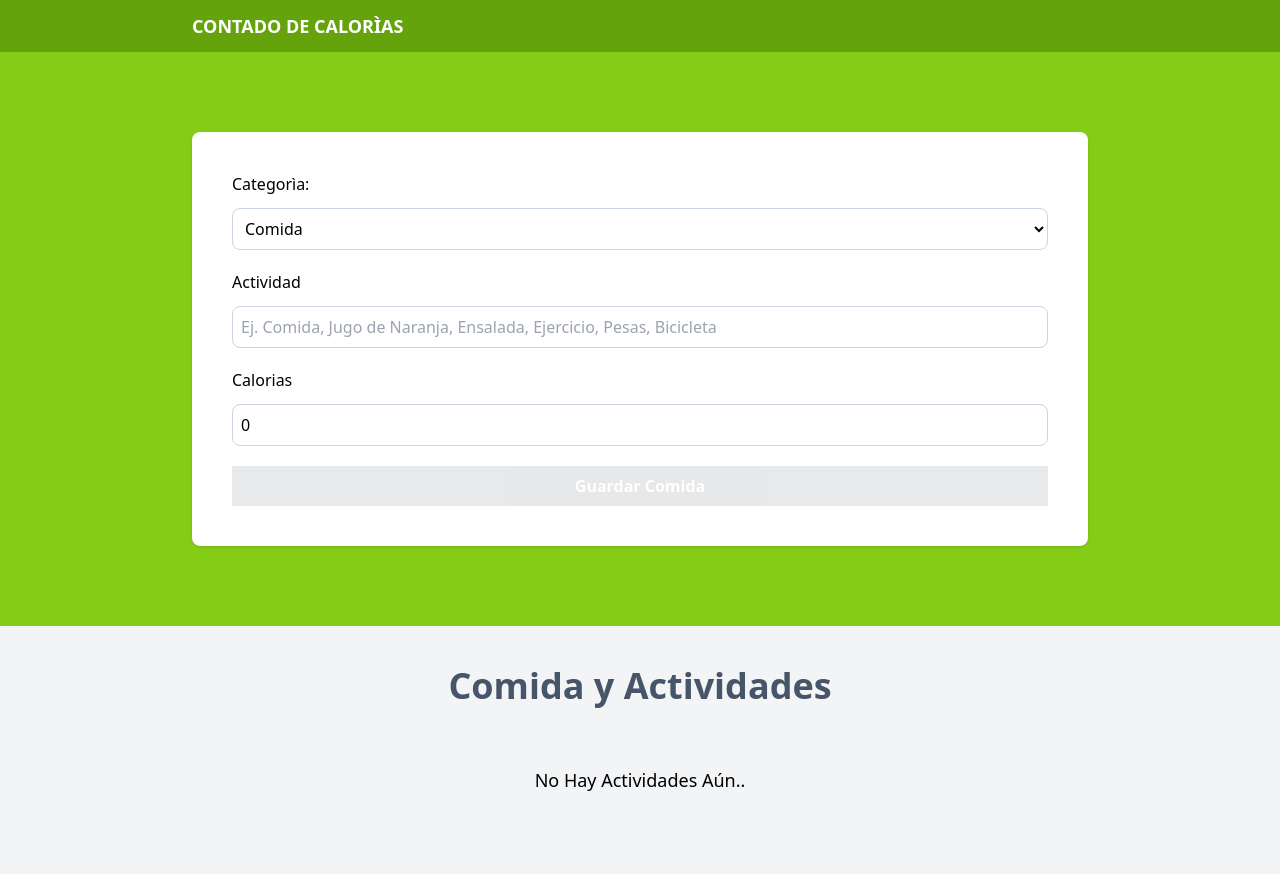
Repository: Matiiu/calorie-tracker
Page: /
An editor plug-in stored every save of this project. The page is shown before and after the next save, followed by the edit.
The browser window is 1280 px wide. The pictures show the whole page.
The project was rebuilt for these pictures with package versions that can differ from the ones it lists, and the page was loaded fresh each time. Also part of the build but not shown: vite.config.ts.

Above is the page before, as saved 2024-04-01 17:57:08.

### index.html
<!doctype html>
<html lang="en">
  <head>
    <meta charset="UTF-8" />
    <link rel="icon" type="image/svg+xml" href="/vite.svg" />
    <meta name="viewport" content="width=device-width, initial-scale=1.0" />
    <title>Contador de Calorías - React</title>
  </head>
  <body>
    <div id="root"></div>
    <script type="module" src="/src/main.tsx"></script>
  </body>
</html>

### src/App.tsx
import { useReducer } from "react";

import Header from "./components/Header";
import Form from "./components/Form";
import ActivityList from "./components/ActivityList";

import { activityReducer, initialState } from "./reducers/activityReducer";
export default function App() {
  const [state, dispatch] = useReducer(activityReducer, initialState);

  return (
    <>
      <Header />

      <section className="bg-lime-500 py-20 px-5">
        <div className="max-w-4xl mx-auto">
          <Form
            dispatch={dispatch}
            state={state}
          />
        </div>
      </section>

      <section className="py-10 bg-gray-100">
        <div className="mx-auto max-w-4xl">
          <ActivityList
            activities={state.activities}
            dispatch={dispatch}
          />
        </div>
      </section>
    </>
  );
}

### src/components/Header.tsx
export default function Header() {
  return (
    <header className="bg-lime-600 py-3">
      <div className="max-w-4xl mx-auto flex justify-between">
        <h1 className="text-center text-lg font-bold text-white uppercase">
          Contado de Calorìas
        </h1>
      </div>
    </header>
  );
}

### src/components/Form.tsx
import { useState, ChangeEvent, FormEvent, Dispatch, useEffect } from "react";
import { v4 as uuid } from "uuid";

import { categories } from "../data/categories";
import type { Activity, Category } from "../types";
import { ActivityActions, ActivityState } from "../reducers/activityReducer";

type FormProps = {
  dispatch: Dispatch<ActivityActions>;
  state: ActivityState;
};

export default function Form({ dispatch, state }: FormProps) {
  const initialState: Activity = {
    id: uuid(),
    category: 1,
    activityName: "",
    calories: 0,
  };

  // Convertimos las calorías en un objeto donde el id en la llave y el nombre el valor
  const categoriesObject = categories.reduce(
    (accumulator: Record<Category["id"], Category["name"]>, current) => {
      accumulator[current.id] = current.name;
      return accumulator;
    },
    {}
  );

  const [activity, setActivity] = useState<Activity>({ ...initialState });

  useEffect(() => {
    if (state.activeId) {
      const selectActivities: Activity = state.activities.filter(
        stateActivity => stateActivity.id === state.activeId
      )[0];
      setActivity(selectActivities);
    }
  }, [state.activeId]);

  const handleChange = (
    e: ChangeEvent<HTMLInputElement | HTMLSelectElement>
  ) => {
    // Validamos si es un campo numérico
    const isNumberFiled = ["category", "calories"].includes(e.target.id);
    // Si lo es convertimos el dato a numérico
    setActivity({
      ...activity,
      [e.target.id]: isNumberFiled ? +e.target.value : e.target.value,
    });
  };

  const isValidateActivity = () => {
    const { activityName, calories } = activity;
    // Validamos que el campo actividad y calorías estén diligenciados
    return !!(activityName || "").trim() && calories > 0;
  };

  const nameSubmit = () => {
    // Accedemos a la posición llave de nuestro objeto categoriesObject con el valor de activity.category y retornamos el valor
    return `Guardar ${categoriesObject[activity.category]}`;
  };

  const handleSubmit = (e: FormEvent<HTMLFormElement>) => {
    e.preventDefault();
    dispatch({
      type: "save-activity",
      payload: { newActivity: activity },
    });
    // Limpiar el formulario una vez enviado
    setActivity({ ...initialState });
  };

  return (
    <form
      onSubmit={handleSubmit}
      className="space-y-5 bg-white shadow p-10 rounded-lg"
    >
      <div className="grid grid-cols-1 gap-3">
        <label htmlFor="category">Categorìa:</label>
        <select
          name="category"
          id="category"
          className="border border-slate-300 p-2 rounded-lg w-full bg-white"
          value={activity.category}
          onChange={handleChange}
        >
          {categories.map((category) => (
            <option key={category.id} value={category.id}>
              {category.name}
            </option>
          ))}
        </select>
      </div>

      <div className="grid grid-cols-1 gap-3">
        <label htmlFor="activityName">Actividad</label>
        <input
          id="activityName"
          name="activityName"
          type="text"
          className="border border-slate-300 p-2 rounded-lg"
          placeholder="Ej. Comida, Jugo de Naranja, Ensalada, Ejercicio, Pesas, Bicicleta"
          value={activity.activityName}
          onChange={handleChange}
        />
      </div>

      <div className="grid grid-cols-1 gap-3">
        <label htmlFor="calories">Calorias</label>
        <input
          id="calories"
          name="calories"
          type="number"
          className="border border-slate-300 p-2 rounded-lg"
          placeholder="Ej. 300 o 500"
          min={0}
          value={activity.calories}
          onChange={handleChange}
        />
      </div>

      <input
        type="submit"
        className="bg-gray-800 hover:bg-gray-900 w-full p-2 font-bold text-white cursor-pointer disabled:opacity-10 disabled:cursor-auto"
        value={nameSubmit()}
        disabled={!isValidateActivity()}
      />
    </form>
  );
}

### src/components/ActivityList.tsx
import { Dispatch, useMemo } from "react";

import { PencilSquareIcon, XCircleIcon } from "@heroicons/react/24/outline";

import type { Activity, Category } from "../types";
import { categories } from "../data/categories";
import { ActivityActions } from "../reducers/activityReducer";

type ActivityListprops = {
  activities: Activity[];
  dispatch: Dispatch<ActivityActions>;
};

export default function ActivityList({
  activities,
  dispatch,
}: ActivityListprops) {
  // Convertimos las calorías en un objeto donde el id en la llave y el nombre el valor
  const categoriesObject = categories.reduce(
    (accumulator: Record<Category["id"], Category["name"]>, current) => {
      accumulator[current.id] = current.name;
      return accumulator;
    },
    {}
  );

  const activitiesAreEmpty = useMemo(() =>  !activities.length ,[activities]);

  const categoryName = (id: Category["id"]) => {
    // Accedemos a la posición llave de nuestro objeto categoriesObject con el valor de activity.category y retornamos el valor
    return categoriesObject[id];
  };

  const handleRemove = (id: Activity["id"]) => {
    const cancelConfirmation = window.confirm(
      "¿Estás seguro de que deseas eliminar la actividad?"
    );

    if (cancelConfirmation) {
      dispatch({ type: "delete-activity", payload: { id } });
    }
  };

  return (
    <>
      <h2 className="text-4xl font-bold text-slate-600 text-center">
        Comida y Actividades
      </h2>

      {activitiesAreEmpty ? (
        <p className="text-center py-10 mt-5 text-lg">No Hay Actividades Aún..</p>
      ) : (
        activities.map((activity) => (
          <div
            key={activity.id}
            className="px-5 py-10 bg-white mt-5 flex justify-between"
          >
            <div className="space-y-2 relative">
              <p
                className={`absolute -top-8 -left-8 px-10 py-2 text-white uppercase font-bold ${
                  activity.category === 1 ? "bg-lime-500" : "bg-orange-500"
                }`}
              >
                {categoryName(activity.category)}
              </p>
              <p className="text-2xl font-bold pt-5">{activity.activityName}</p>
              <p className="font-black text-4xl text-lime-500">
                {" "}
                {activity.calories}
              </p>
            </div>

            <div className="flex gap-5 items-center">
              <button
                onClick={() =>
                  dispatch({
                    type: "set-activeId",
                    payload: { id: activity.id },
                  })
                }
              >
                <PencilSquareIcon className="h-8 w-8 text-gray-800" />
              </button>

              <button onClick={() => handleRemove(activity.id)}>
                <XCircleIcon className="h-8 w-8 text-red-500" />
              </button>
            </div>
          </div>
        ))
      )}
    </>
  );
}

### src/reducers/activityReducer.ts
import type { Activity } from "../types";

export type ActivityActions =
  | { type: "save-activity"; payload: { newActivity: Activity } }
  | { type: "set-activeId"; payload: { id: Activity["id"] } }
  | { type: "delete-activity"; payload: { id: Activity["id"] } };

export type ActivityState = {
  activities: Activity[];
  activeId: Activity["id"];
};

export const initialState: ActivityState = {
  activities: [],
  activeId: "",
};

export function activityReducer(
  state: ActivityState = initialState,
  action: ActivityActions
) {
  if (action.type === "save-activity") {
    let updateActivities: Activity[] = [];
    if (state.activeId) {
      updateActivities = state.activities.map((activity) =>
        activity.id === state.activeId ? action.payload.newActivity : activity
      );
    } else {
      updateActivities = [...state.activities, action.payload.newActivity];
    }
    return {
      ...state,
      activities: updateActivities,
      activeId: "",
    };
  }

  if (action.type === "set-activeId") {
    return {
      ...state,
      activeId: action.payload.id,
    };
  }

  if (action.type === "delete-activity") {
    return {
      ...state,
      activities: state.activities.filter(
        (activity) => activity.id !== action.payload.id
      ),
    };
  }

  return state;
}

### src/data/categories.ts
import { Category } from "../types";

export const categories: Category[] = [
  { id: 1, name: "Comida" },
  { id: 2, name: "Ejercicio" },
];

Loaded but not shown: src/main.tsx (common file); src/index.css (common file); tailwind.config.js (common file)

After the next save:
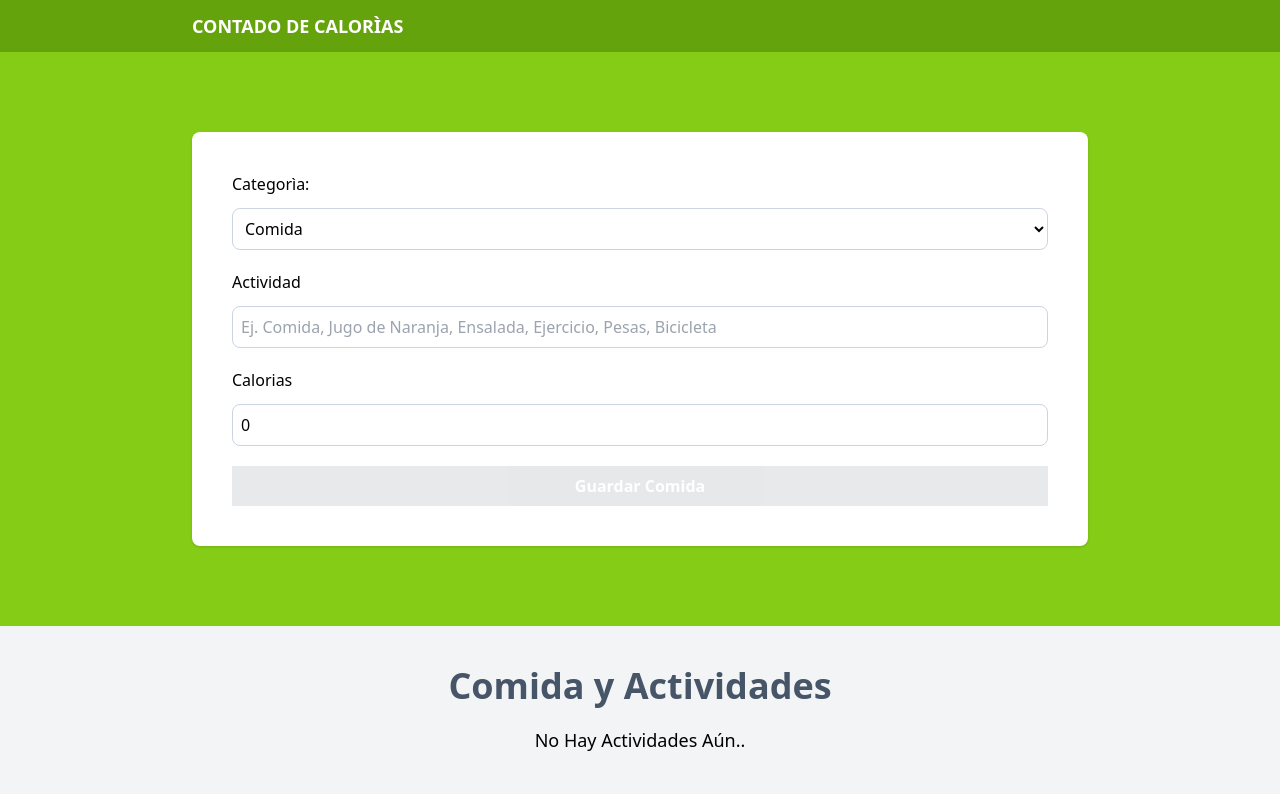
Saved 13 s later.
--- a/src/components/ActivityList.tsx
+++ b/src/components/ActivityList.tsx
@@ -48,7 +48,7 @@ export default function ActivityList({
       </h2>
 
       {activitiesAreEmpty ? (
-        <p className="text-center py-10 mt-5 text-lg">No Hay Actividades Aún..</p>
+        <p className="text-center mt-5 text-lg">No Hay Actividades Aún..</p>
       ) : (
         activities.map((activity) => (
           <div
